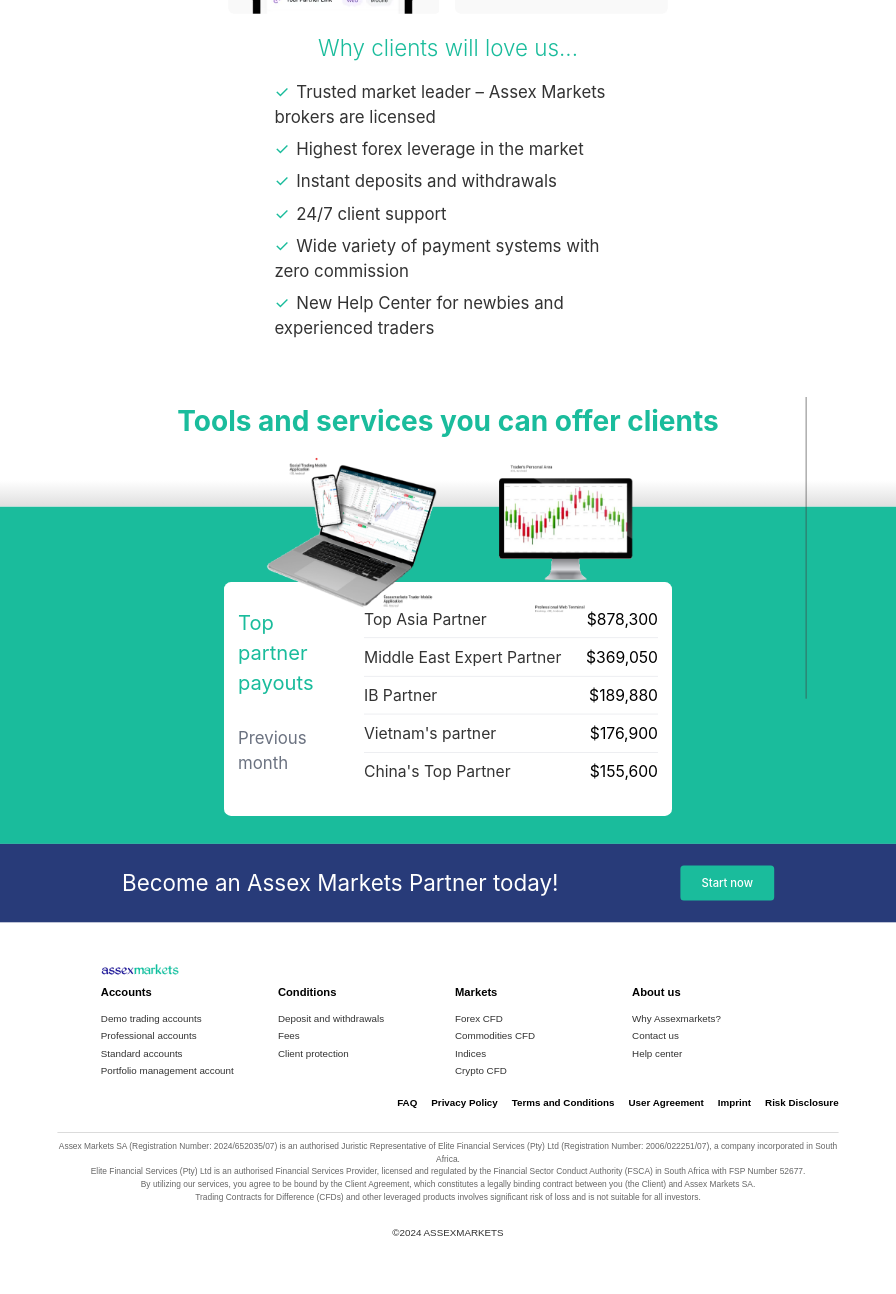
Repository: RevenewMarketing/Assex
Page: /partner
These files come from the project's save history. The page is drawn as it stood at one moment and after the next save; the edit follows.
The browser window is 1280 px wide. The pictures show the part of the page from y = 3212 to 5132 px (the page is 5060 px tall before and 5132 px after), at 70% of full size.
The project was rebuilt for these pictures with package versions that can differ from the ones it lists, and the page was loaded fresh each time. Also part of the build but not shown: vite.config.ts, src/components/banner/GlobalBanner.module.css, src/components/banner/GlobalBanner.tsx, src/pages/home/sections/HeroSection.module.css, src/pages/home/sections/HeroSection.tsx, src/pages/home/sections/Section2.tsx, src/pages/home/sections/Section3.tsx, src/pages/home/sections/Section4.tsx and 38 more.

Above is the page before, as saved 2024-11-29 13:06:04.

### index.html
<!doctype html>
<html lang="en">
  <head>
    <meta charset="UTF-8" />
    <link rel="icon" type="image/svg+xml" href="/vite.svg" />
    <meta name="viewport" content="width=device-width, initial-scale=1.0" />
    <title>Assex</title>
  </head>
  <body>
    <div id="root"></div>
    <script type="module" src="/src/main.tsx"></script>
  </body>
</html>

### src/index.css
:root {
  font-family: Inter, system-ui, Avenir, Helvetica, Arial, sans-serif;
  line-height: 1.5;
  font-weight: 400;
  color-scheme: light dark;
  color: rgba(255, 255, 255, 0.87);
  background-color: #ffffff;
  font-synthesis: none;
  max-width: 1920px;
  margin: auto;
  text-rendering: optimizeLegibility;
  -webkit-font-smoothing: antialiased;
  -moz-osx-font-smoothing: grayscale;
  /* Smooth scrolling */
  scroll-behavior: smooth;
}

a {
  font-weight: 500;
  color: #646cff;
  text-decoration: inherit;
}

a:hover {
  color: #535bf2;
}

body {
  margin: 0;
  display: flex;
  place-items: center;
  min-width: 320px;
  min-height: 100vh;
  background-color: #FFF;
  /* align-content: center; */
  flex-direction: column;
  justify-content: flex-start;
}

h1 {
  font-size: 3.2em;
  line-height: 1.1;
}

button {
  border-radius: 8px;
  border: 1px solid transparent;
  padding: 0.6em 1.2em;
  font-size: 1em;
  font-weight: 500;
  font-family: inherit;
  background-color: #1a1a1a;
  cursor: pointer;
  transition: border-color 0.25s;
}

button:hover {
  border-color: #646cff;
}

button:focus,
button:focus-visible {
  outline: 4px auto -webkit-focus-ring-color;
}

@media (prefers-color-scheme: light) {
  :root {
    color: #213547;
    background-color: #ffffff;
  }

  a:hover {
    color: #747bff;
  }

  button {
    background-color: #f9f9f9;
  }
}

### src/App.tsx

import './App.css'
// import Navigation from './pages/home/Navigation'
import NavigationMenu from './components/navigation-menu/NavigationMenu'

import { BrowserRouter, Route, Routes } from 'react-router';
import Home from './pages/home/Home';
import Footer from './components/footer-section/Footer';
import About from './pages/about/About';
import Partner from './pages/partner/Partner';
import AccountTypeCrypto from './pages/account_type_crypto/AccountTypeCrypto';
import Webinar from './pages/web-terminal/Webinar';

function App() {

  return (
    <>
    <BrowserRouter>
    <NavigationMenu />
    <Routes>
      <Route path="/" element={<Home />} />
      <Route path="/about" element={<About />} />
      <Route path="/partner" element={<Partner />} />
      <Route path="/atc" element={<AccountTypeCrypto />} />
      <Route path="/webinar" element={<Webinar />} />
      {/* Define other routes */}
    </Routes>
    <Footer />
  </BrowserRouter>


    </>
  )
}

export default App

### src/App.css
#root {
  max-width: 1920px;
  width: 100%;
  margin: 0 auto;
  padding: 0;
  text-align: center;
}

.logo {
  height: 6em;
  padding: 1.5em;
  will-change: filter;
  transition: filter 300ms;
}
.logo:hover {
  filter: drop-shadow(0 0 2em #646cffaa);
}
.logo.react:hover {
  filter: drop-shadow(0 0 2em #61dafbaa);
}

@keyframes logo-spin {
  from {
    transform: rotate(0deg);
  }
  to {
    transform: rotate(360deg);
  }
}

@media (prefers-reduced-motion: no-preference) {
  a:nth-of-type(2) .logo {
    animation: logo-spin infinite 20s linear;
  }
}

.card {
  padding: 2em;
}

.read-the-docs {
  color: #888;
}

/* Auth Buttons */
.authButtons {
  /* margin-left: auto; */
  display: flex;
  gap: 10px;
}

### src/pages/partner/Partner.tsx
import Section1 from "./sections/Section1"
import Section2 from "./sections/Section2"
import Section3 from "./sections/Section3"
import Section4 from "./sections/Section4"


const Partner = () => {
  return (
    <div>
      <Section1 />
      <Section2 />
      <Section3 />
      <Section4 />
    </div>
  )
}

export default Partner

### src/components/ReusableButton.tsx

import styles from './GlobalComponentStyles.module.css';

type Props = {
  link?: string;
  text: string;
  type: 'register' | 'sign-in' | 'logout' | 'profile' | 'settings' | 'help' | 'free-trial' | 'learn-more' | 'dark' | 'light';
};

export default function ReusableButton({ link, text, type }: Props) {
  return (
      <button
      style={{
        backgroundColor: type === 'register' ? '#19BC9C' :
        type === 'sign-in' ? '#F4F6F7' :
        type === 'logout' ? '#FF6347' :
        type === 'profile' ? '#FFA07A' :
        type === 'settings' ? '#FF7F50' :
        type === 'help' ? '#FFA500' :
        type === 'free-trial' ? '#FFD700' :
        type === 'learn-more' ? '#FF4500' :
        type === 'dark' ? '#4C4B4D' :
        type === 'light' ? '#fff' : '#000',
        color: type === 'dark' ? '#fff' : '#000'
      }}
        className={styles.registerButton}
        onClick={() => window.open(link, '_blank')}
      >{text}
      </button>

  );
}

### src/components/footer-section/FooterStyles.module.css
.footerContainer {
  background-color: #ffffff;
  color: #333;
  padding: 60px 20px;
  font-family: Arial, sans-serif;
  font-size: 14px;
  line-height: 1.8;
}

.footerContainer h4 {
  font-size: 16px;
  font-weight: bold;
  margin-bottom: 10px;
  color: #000;
  text-align: left;
  margin-top: 0;
}

.footerContainer ul {
  list-style-type: none;
  padding: 0;
  margin: 0;
  text-align: left;
}

.footerContainer ul li {
  margin-bottom: 0px;
  cursor: pointer;
}

.footerContainer ul li:hover {
  color: #00b894;
}

.footerContainer .columnsContainer {
  display: flex;
  justify-content: space-between;
  gap: 20px;
  flex-wrap: wrap;
  margin-bottom: 40px;
  width: 80%;
  margin: auto;
}

.noDrag {
  cursor: no-drop !important;
}

.footerContainer .columnsContainer>div {
  flex: 1;
  min-width: 180px;
  /* Ensures alignment and proper spacing */
}

.linksContainer {
  display: flex;
  gap: 20px;
  justify-content: flex-end;
  width: 95%;
}

.linksContainer a {
  color: #000000 !important;
  font-weight: 600;
}

.footerContainer .linksContainer {
  text-align: center;
  margin: 20px 0 30px;
}

.footerContainer .linksContainer a {
  color: #007bff;
  text-decoration: none;
  margin: 0px;
  font-size: 14px;
}

.footerContainer .linksContainer a:hover {
  text-decoration: underline;
}

.footerContainer .details {
  font-size: 12px;
  color: #666;
  line-height: 1.5;
  margin: 20px auto;
  text-align: center;
  width: 90%;
  border-top: 1px solid #80808061;
  padding-top: 10px;
}

.footerContainer .details p {
  margin-bottom: 15px;
}

.footerContainer .logoContainer {
  text-align: left;
  margin: auto;
  width: 80%;
}

.footerContainer .logoContainer img {
  max-width: 150px;
}

.footerContainer .copyright {
  text-align: center;
  font-size: 14px;
  margin-top: 30px;
}


.details p {
  margin: 0 !important;
}

### src/pages/partner/sections/Section1.tsx
import styles from './Section1.module.css';
import backgroundImage from '../../../assets/pages/Partner/1-hero-banner-partner.jpg';

const section1Content = {
  title: "ASSEX MARKETS PARTNERSHIP PROGRAMS",
  description: "Earn a stable income by introducing clients to a global market leader",
  backgroundImage: backgroundImage, // Replace with your background image path
  buttonLink: "https://my.assexmarkets.com/auth/register",
};

const Section1: React.FC = () => {
  return (
    <section
      style={{
        backgroundImage: `url(${section1Content.backgroundImage})`,
      }}
      className={styles.section1}
    >
      <div className={styles.overlay}></div>
      <div className={styles.content}>
        <h1 className={styles.title}>{section1Content.title}</h1>
        <p className={styles.description}>{section1Content.description}</p>
        <button onClick={
          () => {
            window.open(section1Content.buttonLink, "_blank");
        }} className={styles.startButton}>Start now</button>
      </div>
      <div className={styles.details}>
        <p>2000 Partners</p>
        <p>$12 Million Paid to the partners</p>
        <p>$110K Top partner payout per month</p>
      </div>
    </section>
  );
};

export default Section1;

### src/pages/partner/sections/Section2.tsx

import styles from './Section2.module.css';
import box1 from '../../../assets/pages/Partner/2-section1-icon1.png';
import box2 from '../../../assets/pages/Partner/2-section1-icon2.png';

const section2Content = {
  title: "What we offer",
  cards: [
    {
      icon: box1,
      title: "Introducing Broker Program",
      description: "You get up to 40% of our revenue Earn up to 40% of our revenue from every active trader you refer to us. If they’re trading, you’re earning.",
      buttonText: "Learn more"
    },
    {
      icon: box2,
      title: "Affiliate Program",
      description: "You get up to $1850 of our revenue We are leading the industry with scheduled and attractive payouts. We offer a range of commission plans, so you can choose the best fit for you.",
      buttonText: "Learn more"
    }
  ]
};

const Section2: React.FC = () => {
  return (
    <section className={styles.section2}>

      <h2 className={styles.title}>{section2Content.title}</h2>
      <div className={styles.cardsContainer}>
        {section2Content.cards.map((card, index) => (

          <div key={index} className={styles.card}>
            <img src={card.icon} alt="icon" className={styles.cardIcon} />
            <h3 className={styles.cardTitle}>{card.title}</h3>
            <p className={styles.cardDescription}>{card.description}</p>
            <button className={styles.learnMoreButton}>{card.buttonText}</button>
          </div>
        ))}
      </div>
    </section>
  );
};

export default Section2;

### src/pages/partner/sections/Section3.tsx

import styles from './Section3.module.css';
import globeImage from '../../../assets/pages/Partner/3-section2-card1.png';
import cardsImage1 from '../../../assets/pages/Partner/3-section2-card2.png';
import statsImage from '../../../assets/pages/Partner/3-section2-card3.png';
import phoneImage from '../../../assets/pages/Partner/3-section2-card4.png';
import cardsImage2 from '../../../assets/pages/Partner/3-section2-card5.png';
import cardImage3 from '../../../assets/pages/Partner/3-section2-card6.png';


const section3Content = {
  title: "Why become an Assex Markets partner?",
  images: [
    globeImage,
    cardsImage1,
    statsImage,
    phoneImage,
    cardsImage2,
    cardImage3
  ],
  reasons: [
    "Trusted market leader – Assex Markets brokers are licensed",
    "Highest forex leverage in the market",
    "Instant deposits and withdrawals",
    "24/7 client support",
    "Wide variety of payment systems with zero commission",
    "New Help Center for newbies and experienced traders"
  ]
};

const Section3: React.FC = () => {
  return (
    <section className={styles.section3}>
      <h2 className={styles.title}>{section3Content.title}</h2>
      <div className={styles.featuresContainer}>
        {section3Content.images.map((image, index) => (
          <img key={index} src={image} alt="featured Images"/>
        ))}
      </div>
      <h2 className={styles.reasonsTitle}>Why clients will love us...</h2>
      <ul className={styles.reasonsList}>
        {section3Content.reasons.map((reason, index) => (
          <li key={index} className={styles.reason}>{reason}</li>
        ))}
      </ul>
    </section>
  );
};

export default Section3;

### src/pages/partner/sections/Section4.tsx

import styles from './Section4.module.css';
import devicesImage from '../../../assets/pages/Partner/4-section5-devices-image.png';

const section4Content = {
  title: "Tools and services you can offer clients",
  images: [
    {
      src: devicesImage,
      alt: "Devices"
    }
  ],
  payouts: [
    {
      partner: "Top Asia Partner",
      amount: "$878,300"
    },
    {
      partner: "Middle East Expert Partner",
      amount: "$369,050"
    },
    {
      partner: "IB Partner",
      amount: "$189,880"
    },
    {
      partner: "Vietnam's partner",
      amount: "$176,900"
    },
    {
      partner: "China's Top Partner",
      amount: "$155,600"
    }
  ],
  cta: "Become an Assex Markets Partner today!"
};

const Section4: React.FC = () => {
  return (
    <section className={styles.section4}>
      <h2 className={styles.title}>{section4Content.title}</h2>
      <div className={styles.imagesContainer}>
        {section4Content.images.map((image, index) => (
          <div key={index} className={styles.imageWrapper}>
            <img src={image.src} alt={image.alt} className={styles.image} />
          </div>
        ))}
      </div>
     <div className={styles.payoutsContainer_wrapper}>
        <div className={styles.payoutsContainer}>
          <div className={styles.payoutsContainer_context}>
            <h3 className={styles.payoutsTitle}>Top partner payouts</h3>
            <p className={styles.payoutsSubtitle}>Previous month</p>
          </div>
          <ul className={styles.payoutsList}>
            {section4Content.payouts.map((payout, index) => (
              <li key={index} className={styles.payoutItem}>
                <span className={styles.payoutPartner}>{payout.partner}</span>
                <span className={styles.payoutAmount}>{payout.amount}</span>
              </li>
            ))}
          </ul>
        </div>
     </div>
      <div className={styles.sectionFooter} >
        <p>Become an Assex Markets Partner today!</p>
        <button className={styles.ctaButton}>Start now</button>
      </div>
    </section>
  );
};

export default Section4;

### src/components/GlobalComponentStyles.module.css


.registerButton {
  background-color: #00b074;
  color: white;
  border: none;
  padding: 8px 16px;
  font-size: 14px;
  border-radius: 4px;
  cursor: pointer;
}

.signInButton {
  background-color: #f4f4f4;
  color: #333;
  border: 1px solid #ccc;
  padding: 8px 16px;
  font-size: 14px;
  border-radius: 4px;
  cursor: pointer;
}

### src/pages/partner/sections/Section1.module.css
.section1 {
  position: relative;
  background-size: cover;
  background-position: center;
  height: 760px;
  display: flex;
  align-items: center;
  justify-content: space-between;
  color: white;
  padding: 0 40px;
}

.overlay {
  position: absolute;
  top: 0;
  right: 0;
  width: 100%; /* Adjusts the gradient coverage */
  height: 100%;

  z-index: 1;
}

.content {
  position: relative;
  z-index: 2;
  max-width: 50%;
  text-align: left;
}

.content p {
  font-size: 1rem;
  line-height: 1.5;
}

.title {
  font-size: 4.5rem;
  font-weight: bold;
  margin-bottom: 20px;
  text-transform: uppercase;
}

.description {
  font-size: 2rem;
  line-height: 1.2;
  margin-bottom: 20px;
}

.startButton {
  padding: 10px 20px;
  background-color: #1ABC9C;
  color: white;
  border: none;
  border-radius: 5px;
  cursor: pointer;
  font-size: 1rem;
}

.details {
  position: relative;
  z-index: 2;
  max-width: 50%;
  text-align: left;
  margin-left: auto;
  width: 375px;
}

.details p {
  font-size: 2rem;
  line-height: 1.5;
}

### src/pages/partner/sections/Section2.module.css
.section2 {
  background-image: url("../../../assets/pages/Homepage/3-Section-3-BG.png");
  background-size: cover;
  background-position: center;
  color: white;
  padding: 40px 20px;
  text-align: center;
  min-height: 50dvh;
}

.title {
  font-size: 5rem;
  margin-bottom: 40px;
}

.cardsContainer {
  display: flex;
  justify-content: space-evenly;

}

.card {
  background-color: white;
  color: #000000;
  border-radius: 10px;
  padding: 3rem;
  flex: 1;
  max-width: 25%;
  text-align: left;
  display: flex;
  flex-direction: column;
  align-items: center;
  justify-content: space-between;
}

.cardIcon {
  width: 40px;
  margin: 0px;
  color: #1ABC9C;
  /* Blue color for the icon */
}

.cardTitle {
  font-size: 2rem;
  margin-bottom: 10px;
  color: #1ABC9C;
  font-weight: 400;
}

.cardDescription {
  font-size: 1.5rem;
  font-weight: 300;
  margin-bottom: 20px;
}

.learnMoreButton {
  padding: 10px 20px;
  background-color: #1ABC9C;
  /* Blue background for the button */
  color: white;
  border: none;
  border-radius: 5px;
  cursor: pointer;
  font-size: 1rem;
}

.learnMoreButton:hover {
  background-color: #1ABC9C;
  /* Darker blue on hover */
}

### src/pages/partner/sections/Section3.module.css
.section3 {
  background-color: #ffffff;
  /* Light background */
  color: #333;
  padding: 40px 20px;
  text-align: center;
}

.title {
  font-size: 5rem;
  margin-bottom: 40px;
  color: #1ABC9C;
  /* Blue color for the title */
}

.featuresContainer {
  display: flex;
  justify-content: center;
  gap: 20px;
  flex-wrap: wrap;
  margin-bottom: 40px;
  flex-direction: row;
  max-width: 65%;
  margin: auto;
  position: relative;
}

.featuresContainer img {
  transition: transform 0.3s ease;
}

.featuresContainer img:hover {
  transform: scale(1.05);
  transition: transform 0.3s ease;
  border: 1px solid #1ABC9C;
  border-radius: 10px;
}

.feature {
  background-color: white;
  border-radius: 10px;
  padding: 20px;
  flex: 1;
  max-width: 300px;
  text-align: center;
  box-shadow: 0 4px 8px rgba(0, 0, 0, 0.1);
}

.featureImage {
  max-width: 100%;
  height: auto;
  margin-bottom: 10px;
}

.featureTitle {
  font-size: 1.5rem;
  margin-bottom: 10px;
  color: #1ABC9C;
  /* Blue color for the title */
}

.featureDescription {
  list-style-type: none;
  padding: 0;
}

.featureDescription li {
  font-size: 1rem;
  margin-bottom: 5px;
}

.reasonsTitle {
  font-size: 2rem;
  margin-bottom: 20px;
  color: #1ABC9C;
  font-weight: 300;
}

.reasonsList {
  list-style-type: none;
  padding: 0;
  text-align: left;
  margin: auto;
  max-width: 40%;
}

.reason {
  font-size: 1.5rem;
  margin-bottom: 10px;
}

.reason::before {
  content: "✓";
  color: #1ABC9C;
  /* Blue color for the checkmark */
  margin-right: 10px;
}

### src/pages/partner/sections/Section4.module.css
.section4 {
  background-color: #ffffff;
  /* Light green background */
  color: #333;

  text-align: center;
  position: relative;
}

.title {
  font-size: 2.5rem;
  margin-bottom: 20px;
  color: #1ABC9C;
  /* Blue color for the title */
}

.imagesContainer {
  display: flex;
  justify-content: center;

  height: 10dvh;
}

.imageWrapper {
  position: relative;
  width: 100%;
  background: rgb(196,196,196);
  background: linear-gradient(0deg, rgba(223,223,223,1) 0%, rgba(255,255,255,1) 52%, rgba(255,255,255,1) 100%);}



.image {
  width: 80%;
  height: auto;
  position: absolute;
  left: 50%;
  top: 0%;
  transform: translate(-50%, -15%);
}

.payoutsContainer_wrapper {
  background-color: #1ABC9C;
  min-height: 30dvh;
  display: flex;
  align-items: center;
  justify-content: center;
  flex-direction: column;
  padding-top: 15dvh;
}

.payoutsContainer {
  background-color: white;
  padding: 20px;
  border-radius: 10px;
  max-width: 600px;
  margin: 0 auto 40px;
  text-align: left;
  display: flex;
  justify-content: space-between;
}

.payoutsContainer_context {
  width: 20%;
}

.payoutsContainer_context h3 {
  font-size: 1.8rem;
  margin: 0;
  color: #1ABC9C;
  font-weight: 400;
  margin-top: 16px;
}

.payoutsContainer_context p {
  font-size: 1.5rem;
  margin-top: 40px;
  color: #6b7280;
}

.payoutsContainer ul {
  width: 70%;
}

.payoutsTitle {
  font-size: 1.5rem;
  margin-bottom: 10px;
  color: #1ABC9C;
  /* Blue color for the title */
}

.payoutsSubtitle {
  font-size: 1rem;
  margin-bottom: 20px;
  color: #6b7280;
  /* Gray color for the subtitle */
}

.payoutsList {
  list-style-type: none;
  padding: 0;
}

.payoutItem {
  display: flex;
  justify-content: space-between;
  margin-bottom: 10px;
  border-bottom: 1px solid #e5e7eb;
  padding-bottom: 10px;
}

.payoutItem:last-child {
  border-bottom: none;
  padding-bottom: 0;
}

.payoutPartner {
  font-size: 1.4rem;
  color: #333;
}

.payoutAmount {
  font-size: 1.4rem;
  color: #000000;
  /* Blue color for the amount */
}

.sectionFooter {
  width: 100%;
  background-color: #283B79;
  /* padding: 20px; */
  color: white;
  display: flex;
  flex-direction: row;
  flex-wrap: wrap;
  justify-content: space-evenly;
  align-items: center;
}

.sectionFooter p {
  font-size: 2rem;
}

.ctaButton {
  padding: 15px 30px;
  background-color: #1ABC9C;
  /* Blue background for the button */
  color: white;
  border: none;
  border-radius: 5px;
  cursor: pointer;
  font-size: 1rem;
  position: relative;
  z-index: 1;
}

.ctaButton:hover {
  background-color: #1ABC9C;
  /* Darker blue on hover */
}

Loaded but not shown: src/main.tsx (common file); src/components/navigation-menu/NavigationMenu.tsx (288 lines, source omitted); src/components/footer-section/Footer.tsx (129 lines, source omitted); src/components/navigation-menu/NavigationMenu.module.css (180 lines, source omitted)

After the next save:
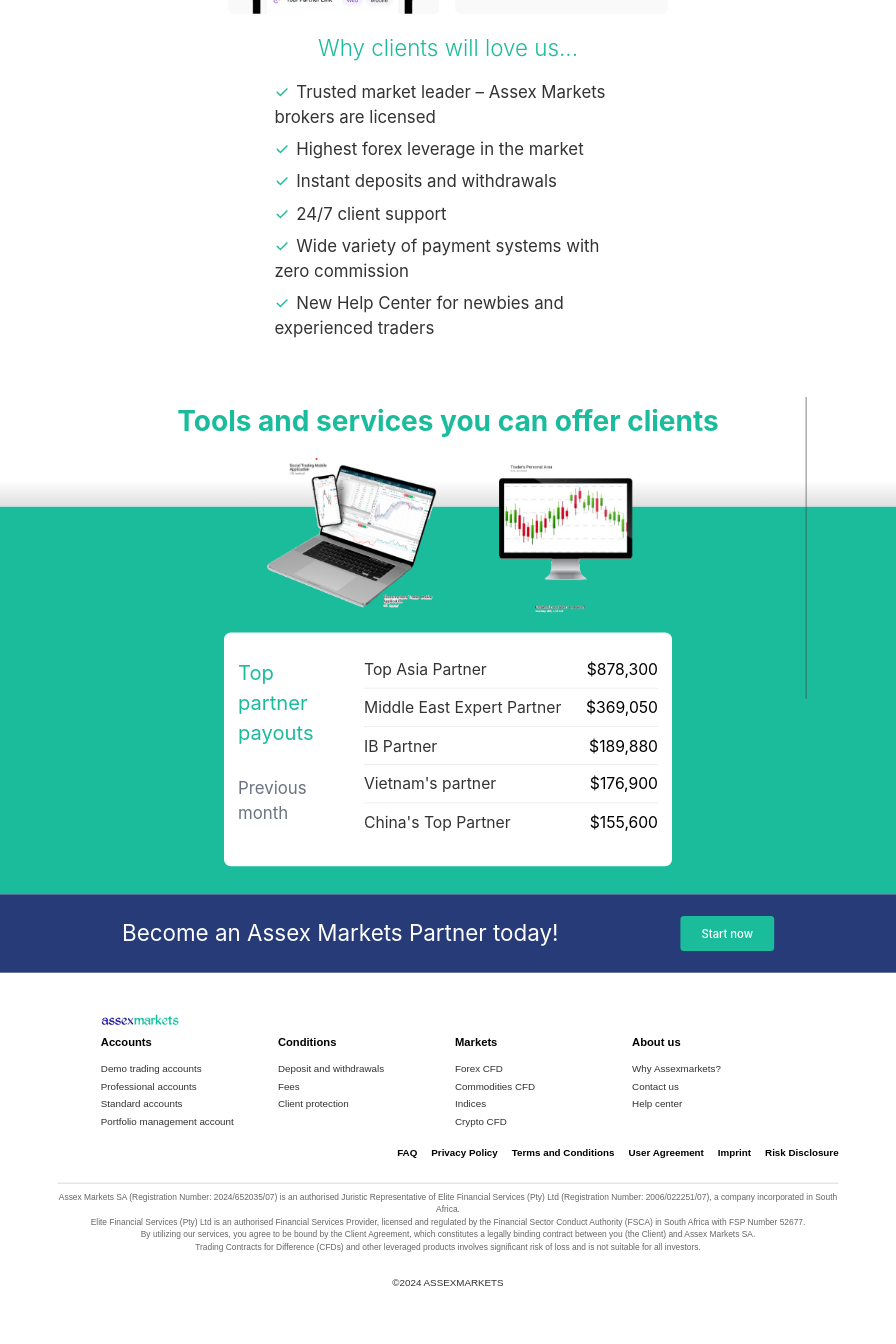
Saved 78 s later.
--- a/src/pages/partner/sections/Section4.module.css
+++ b/src/pages/partner/sections/Section4.module.css
@@ -45,7 +45,7 @@
   align-items: center;
   justify-content: center;
   flex-direction: column;
-  padding-top: 15dvh;
+  padding-top: 25dvh;
 }
 
 .payoutsContainer {
